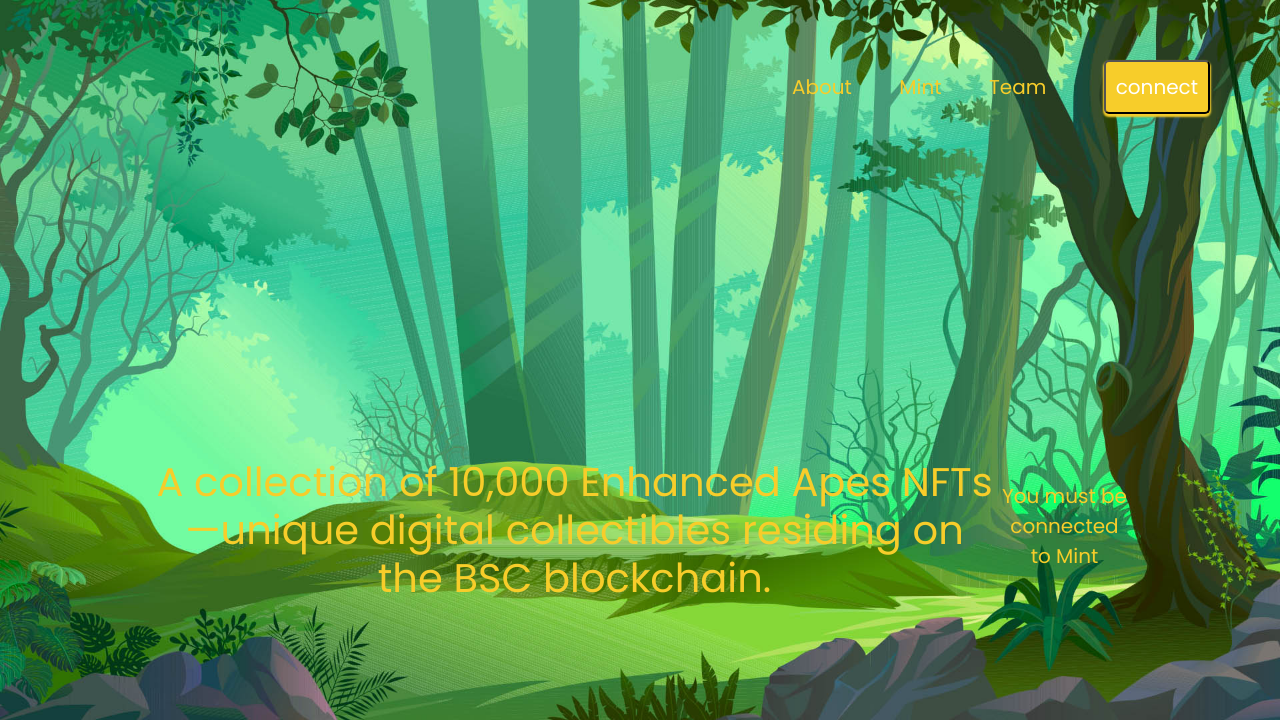
Repository: Stephegbenga/Minting-Dapp
Page: /
The author's editor kept a copy of each file at every save. The page is drawn from the files as they stood at one save, then again after the next save.
The browser window is 1280 px wide. The pictures show the whole page.
The project was rebuilt for these pictures with package versions that can differ from the ones it lists, and the page was loaded fresh each time.

Above is the page before, as saved 2022-04-07 17:10:47.

After the next save:
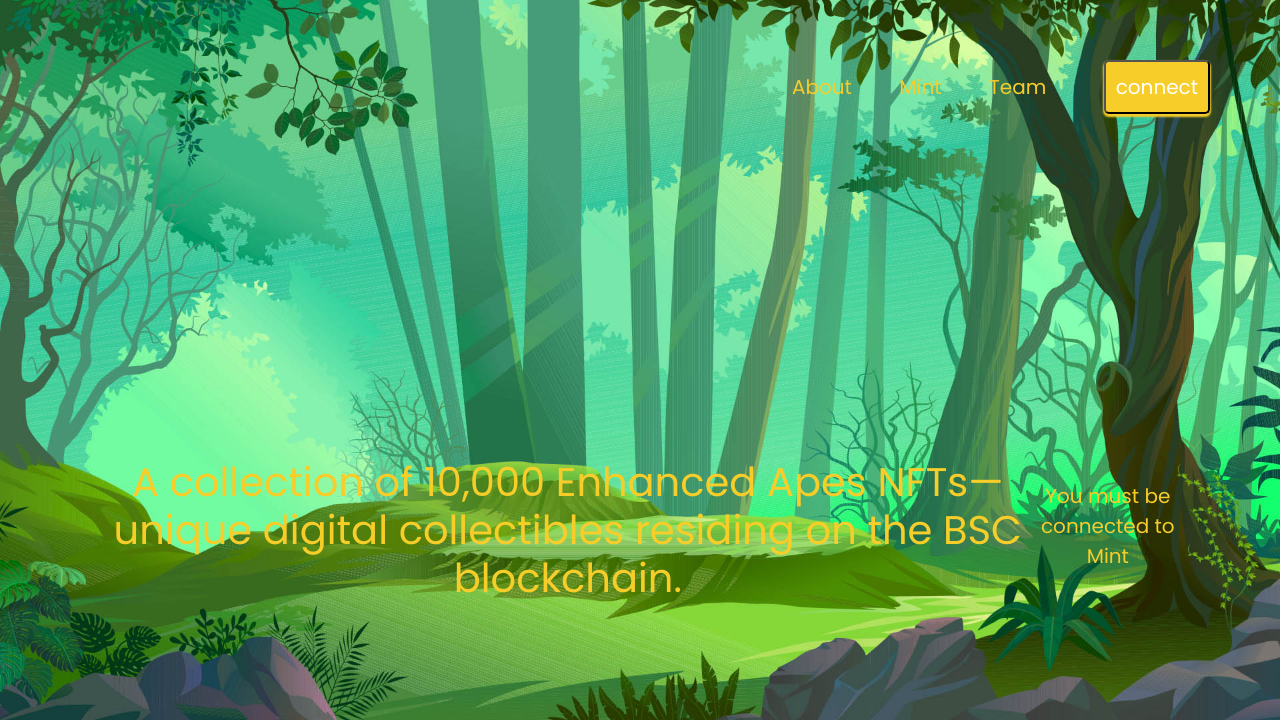
Saved 13 s later.
--- a/src/MainMint.js
+++ b/src/MainMint.js
@@ -33,7 +33,7 @@ const MainMint = ({ accounts, setAccounts}) => {
     };
 
     return (
-        <Flex justify="center" align="center" height="100vh" padding="150px">
+        <Flex justify="center" align="center" height="100vh" padding="100px">
             <h1>A collection of 10,000 Enhanced Apes NFTs—unique digital collectibles residing on the BSC blockchain.</h1>
             {isConnected ? (
             <div>
